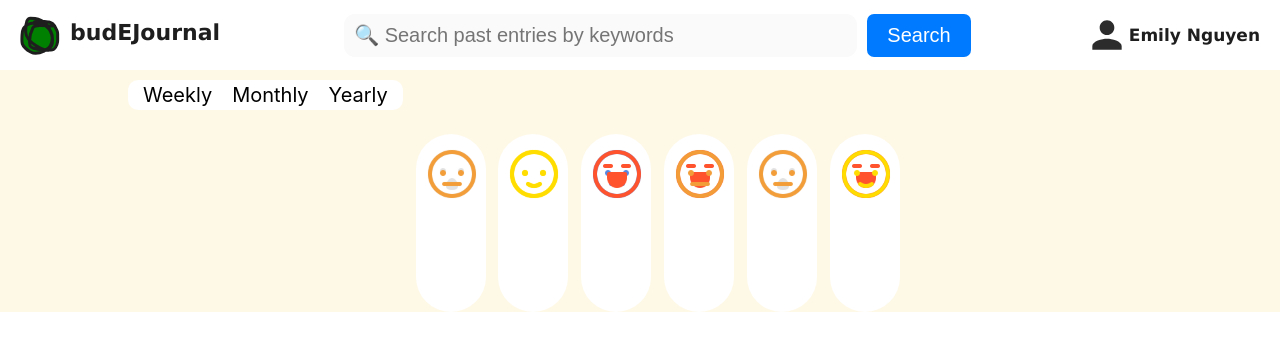
Repository: BaileyLuu/budejournal
Page: /
These files come from the project's save history. The page is drawn as it stood at one moment and after the next save; the edit follows.
The browser window is 1280 px wide. The pictures show the whole page.
The project was rebuilt for these pictures with package versions that can differ from the ones it lists, and the page was loaded fresh each time. Also part of the build but not shown: src/pages/Home.js.

Above is the page before, as saved 2023-09-16 22:13:09.

### src/components/Navbar.js
import React, {useState} from 'react';
import './navbar.css'
const Navbar = () => {
  // need to add some userState here when user search past entries by keywords
  // and the onClick handler when user click search button
  const [searchKeywords, setSearchKeywords] = useState('')
  const handleSearchKeywords = (e) => {
    setSearchKeywords(e.target.value)
  }
  const handleSearch = ()=> {
    alert(searchKeywords)
  }

  return (
    <nav className="navbar">
      <div className="navbar-logo">
        <svg xmlns="http://www.w3.org/2000/svg" width="40" height="39" viewBox="0 0 40 39" fill="green">
          <path d="M32.2572 9.93512C28.647 9.93512 25.0058 9.50361 21.3736 9.50361C18.5545 9.50361 14.3076 8.99662 12.7914 11.9728C10.7255 16.028 9.63294 20.0533 9.60307 24.6543C9.58979 26.6986 9.16434 29.4896 10.9455 30.9591C12.8024 32.491 15.5242 33.0241 17.8496 33.3563C21.8908 33.9336 27.5229 33.9755 30.651 30.9591C32.909 28.7818 32.4921 25.5923 32.4729 22.7365C32.4414 18.0469 30.7636 14.0345 27.0791 11.0139C25.3639 9.6077 22.9308 8.02586 20.7383 7.48991C19.3171 7.14251 17.7043 7.32435 16.2435 7.17827C13.1567 6.86959 9.99712 7.02607 7.39759 8.85635C5.9706 9.86107 4.26017 10.8263 3.46608 12.4522C2.53474 14.3593 2.07932 16.8255 2.0517 18.9248C2.01512 21.7048 1.56037 25.0772 2.30341 27.7707C2.7832 29.51 4.30852 31.1782 5.5517 32.4214C6.79537 33.6651 8.12802 34.714 9.71094 35.4899C10.7344 35.9916 11.8281 36.9422 12.9832 37.0721C16.6211 37.4814 20.0419 37.1757 23.2674 35.442C25.926 34.013 28.6848 32.7071 30.2674 29.9522C31.8907 27.1265 32.4454 24.3578 32.2092 21.1303C32.081 19.378 31.5637 17.8693 30.8548 16.2879C29.9798 14.3361 29.4302 12.2643 28.2418 10.4625C25.9351 6.9654 22.0563 4.48141 18.1733 3.05499C15.9148 2.22533 12.8432 2.168 10.4421 2.168C8.0435 2.168 7.60785 3.09333 6.89416 5.10464C5.62747 8.67441 5.54884 12.7713 5.73149 16.5156C6.0155 22.3377 12.1813 27.2627 16.615 30.12C19.0655 31.6992 21.6402 33.0634 24.49 33.7759C26.582 34.2988 28.8294 34.0995 30.9746 34.0995C35.0359 34.0995 37.0507 29.2464 37.5311 26.0207C37.82 24.081 37.651 22.0303 37.651 20.0755C37.651 18.4952 37.8672 16.6603 37.1955 15.1731C35.9731 12.4664 35.1016 9.71032 32.7007 7.78957C31.6795 6.97263 30.1408 6.42936 28.913 6.05156C27.3869 5.58201 25.9172 5.79644 24.3822 5.51218C21.8709 5.04713 18.9458 4.96218 16.4233 5.30841C15.0453 5.49754 14.029 6.20885 13.2709 7.34608" stroke="#1E1E1E" stroke-width="3" stroke-linecap="round" />
        </svg>
        <span className="logo-name">budEJournal</span>
      </div>
      <div className="navbar-search">
        <input type="text" placeholder="🔍 Search past entries by keywords" value={searchKeywords} onChange={handleSearchKeywords} />
        <button onClick={handleSearch}>Search</button>
      </div>
      <div className="navbar-user">
        <svg xmlns="http://www.w3.org/2000/svg" width="44" height="44" viewBox="0 0 44 44" fill="none">
          <path d="M22 22C26.0517 22 29.3333 18.7183 29.3333 14.6667C29.3333 10.615 26.0517 7.33334 22 7.33334C17.9483 7.33334 14.6667 10.615 14.6667 14.6667C14.6667 18.7183 17.9483 22 22 22ZM22 25.6667C17.105 25.6667 7.33334 28.1233 7.33334 33V36.6667H36.6667V33C36.6667 28.1233 26.895 25.6667 22 25.6667Z" fill="#2C2C2C" />
        </svg>
        <span className="username-fontstyle">Emily Nguyen</span>
      </div>
    </nav>
  );
};

export default Navbar;

### src/components/Emoji.js
import React, { useState } from 'react';
import './emoji.css';
import happy from '../assets/Happy.svg';
import surprised from '../assets/Surprised.svg';
import sad from '../assets/Sad.svg';
import smiling from '../assets/Smiling.png';
import neutral from '../assets/Neutral.svg';

export default function Emoji() {
    return (
        <>
            <div className="emojiBG">
                <div className="emoji-period">
                    <div className="period">Weekly</div>
                    <div className="period">Monthly</div>
                    <div className='period'>Yearly</div>

                </div>
                <div className="emoji-mood">
                    <img src={surprised}></img>
                    <img src={neutral}></img>
                </div>
                <div className="emoji-mood">
                    <img src={happy}></img>
                    <img src={happy}></img>
                </div>
                <div className="emoji-mood">
                    <img src={sad}></img>
                    <img src={smiling}></img>
                </div>
                <div className="emoji-mood">
                    <img src={smiling}></img>
                    <img src={neutral}></img>
                </div>
                <div className="emoji-mood">
                    <img src={surprised}></img>
                    <img src={neutral}></img>

                </div>
                <div className="emoji-mood">
                    <img src={smiling}></img>
                    <img src={happy}></img>
                </div>

                {/* <div className="mood-weekly">
                    <div className="mood">
                        <svg xmlns="http://www.w3.org/2000/svg" width="67" height="67" viewBox="0 0 67 67" fill="none">
                            <circle cx="33.5" cy="33.5" r="33.5" fill="#E2E2E2" />

                        </svg>

                    </div>
                </div> */}

            </div>

        </>

    );
}

### src/components/navbar.css
.navbar {
    display: flex;
    justify-content: space-between;
    align-items: center;
    background-color: #fff;
    color: #fff;
    padding: 10px 20px;
}

.navbar-logo {
    display: flex;
    margin-right: 10px;

}

.navbar-logo img {
    height: 50px;
}

.logo-name {
    color: #1E1E1E;
    font-family: Verdana;
    font-size: 22px;
    font-style: normal;
    font-weight: 700;
    line-height: 150%;
    margin-left:10px;
    align-items: center;
    /* 33px */
}

.navbar-search {
    display: flex;
    height: 50px;
    /* justify-content: center; */
    text-align: center;
    align-items: center;
    flex-grow: 0.5;
}

.navbar-search input[type="text"] {
    flex-grow: 1;
    width: 100%;
    padding: 10px;
    border: none;
    border-radius: 11px;
    background-color: #FAFAFA;
    font-size: 20px;
}

.navbar-search button {
    background-color: #007bff;
    color: #fff;
    border: none;
    border-radius: 7px;
    padding: 10px 20px;
    margin-left: 10px;
    cursor: pointer;
    font-size: 20px;
}

.navbar-user {
    display: flex;
    align-items: center;
}

.username-fontstyle {
    color: var(--black, #1E1E1E);
    font-family: Verdana;
    font-size: 17px;
    font-style: normal;
    font-weight: 700;
    line-height: 100%;
    /* 25.5px */
}

### src/components/emoji.css
.emojiBG{
    display:flex;
    background-color: #FEF8E6;
    width:100%;

}
.emoji-period{
    display:flex;
    margin-left:10%;
    margin-top:10px;
    flex-shrink: 0;
    border-radius:10px;
    padding:5px;
    height:20px;
    background-color: #ffffff;
    line-height: 0;
}
.period{
    display:inline-flex;
    height:auto;
    font-size:20px;
    padding:10px;
    border-radius: 10px;
    border-color:#ffffff;
    background-color:#ffffff;
    flex: 1;
    font-weight: 400;
    /* font-size:20px; */
    /* color: #3F3F3F;
    font-family: Inter;
    font-size: 16px;
    font-style: normal; */
    /* font-weight: 400; */
    /* line-height: normal; */
    padding:10px;
}
/* .mood-weekly{
    display:flex;
} */
/* .mood{
    width: 79px;
    height: 168px;
    flex-shrink: 0;
} */
.emoji-mood{
    position:relative;
    display:flex;
    /* margin-left:10%; */
    margin-left:1%;
    margin-top:5%;
    /* flex-shrink: 0; */
    background-color: #ffffff;
    border-radius:100px;
    padding:5px;
    width: 60px;
    height: 168px;
}
.emoji-mood img{
    width: 60px;
    height: 60px;
    margin-left: 1px;
    margin-top: 5px;
    margin-bottom: 5px;
    display:inline-block;
    position:absolute;
}

Loaded but not shown: public/index.html (common file); src/index.js (common file); src/index.css (common file); src/App.js (common file); src/App.css (common file)

After the next save:
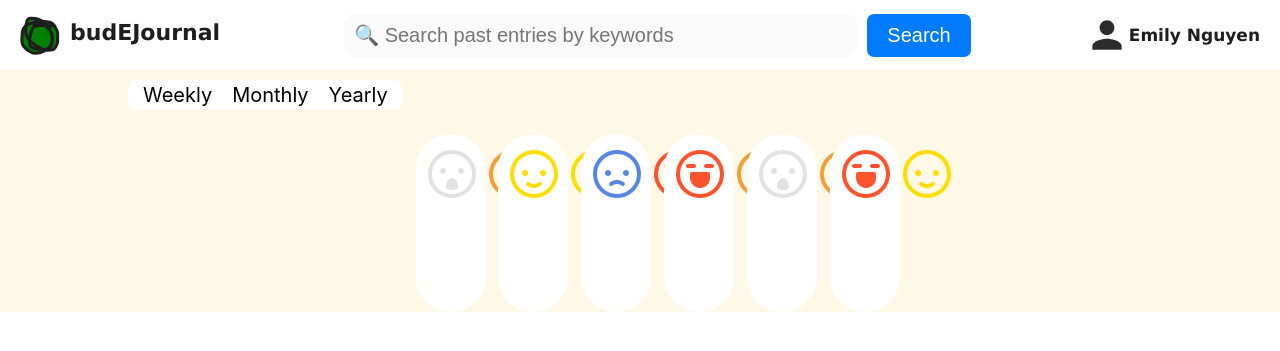
Saved 12 s later.
--- a/src/components/emoji.css
+++ b/src/components/emoji.css
@@ -61,6 +61,6 @@
     margin-left: 1px;
     margin-top: 5px;
     margin-bottom: 5px;
-    display:inline-block;
-    position:absolute;
+    /* display:inline-block;
+    position:absolute; */
 }
